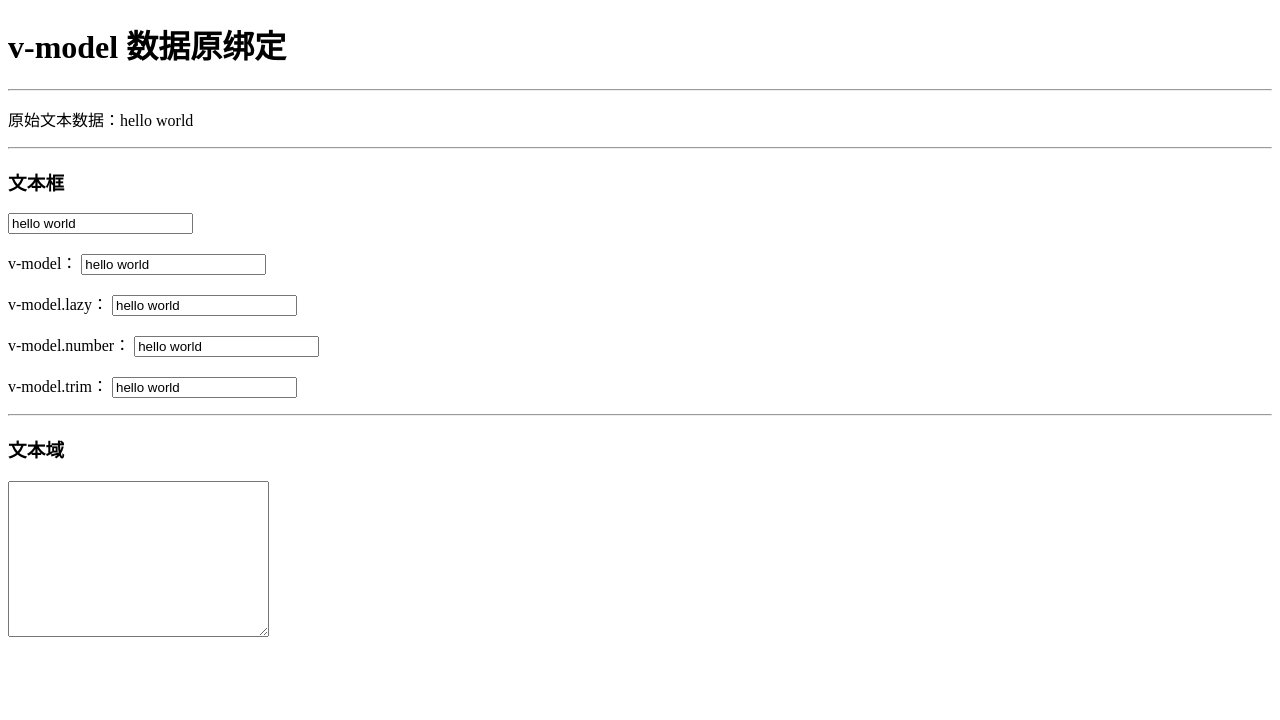
Repository: 13982720426/vue2.0-LearningNotes
Page: example/v-model.html
These files come from the project's save history. The page is drawn as it stood at one moment and after the next save; the edit follows.
The browser window is 1280 px wide. The pictures show the whole page.

Above is the page before, as saved 2021-06-17 20:58:52.

After the next save:
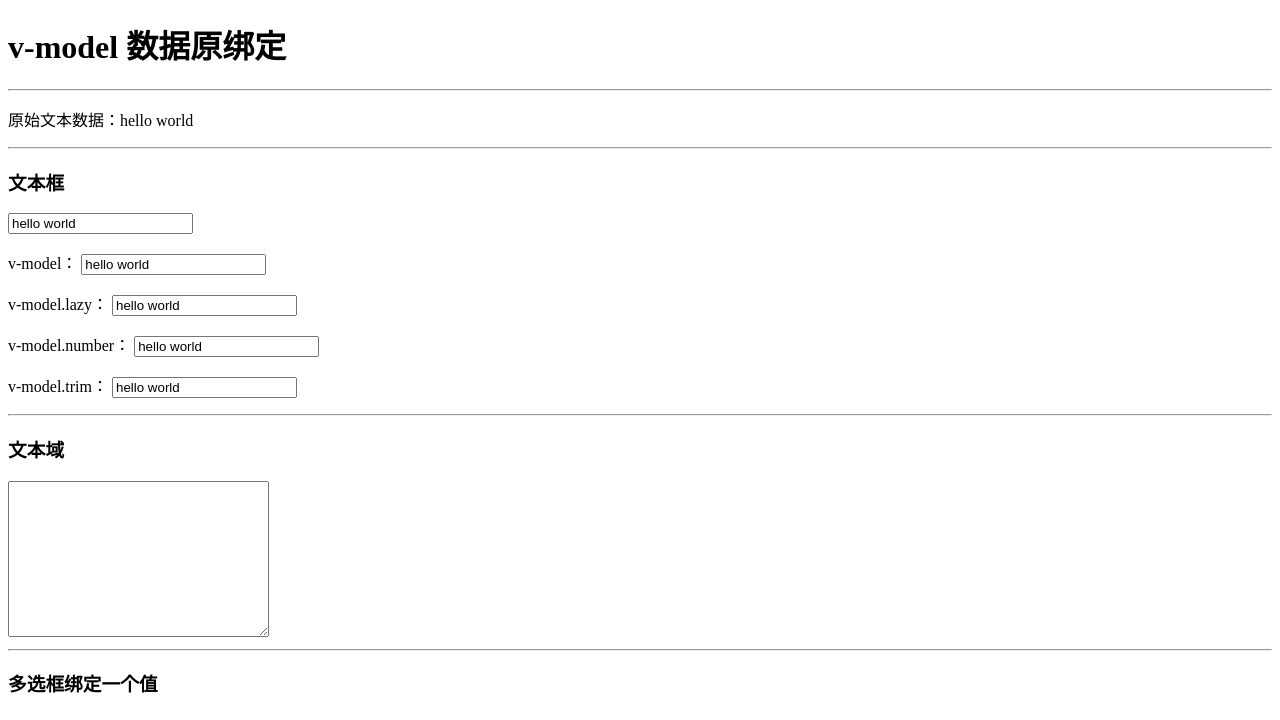
Saved 9 min 7 s later.
--- a/example/v-model.html
+++ b/example/v-model.html
@@ -33,6 +33,8 @@
       <hr />
       <h3>文本域</h3>
       <textarea cols="30" rows="10"></textarea>
+      <hr />
+      <h3>多选框绑定一个值</h3>
     </div>
 
     <script type="text/javascript">
